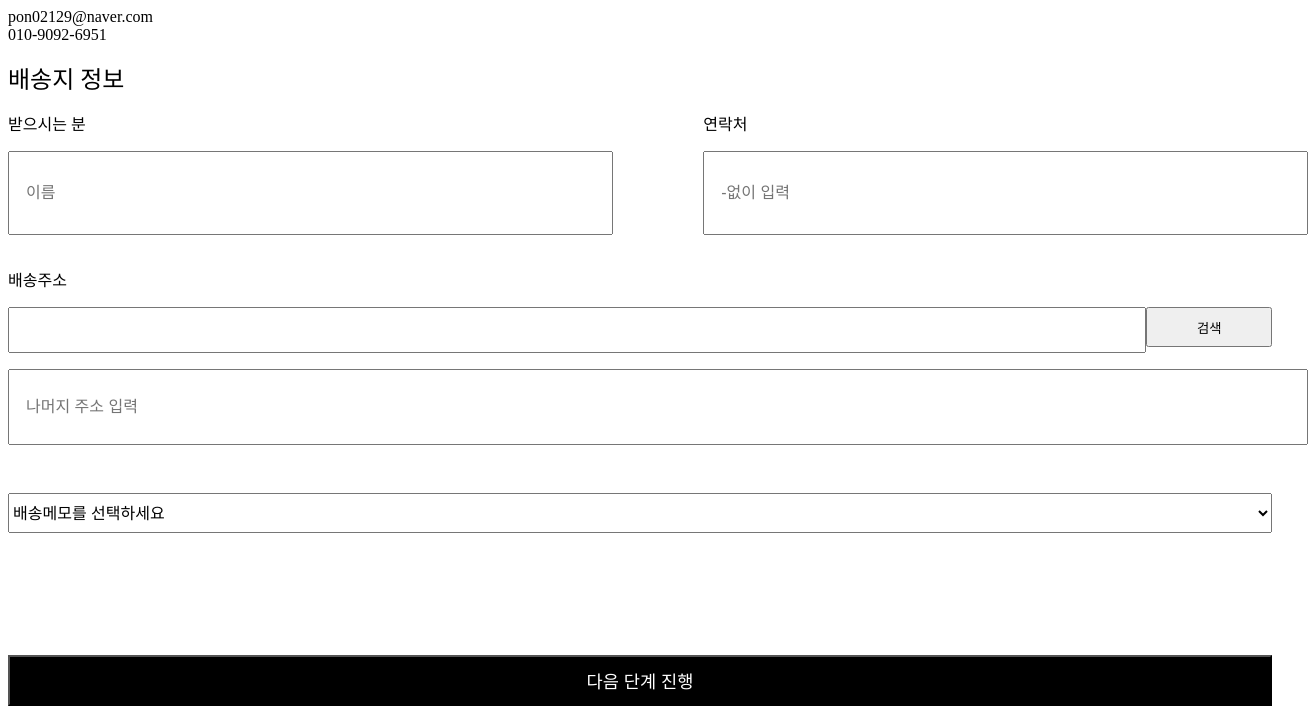
Repository: seungsu12/carrot
Page: http://localhost/carrot/orderform_second.jsp
An editor plug-in stored every save of this project. The page is shown before and after the next save, followed by the edit.
The browser window is 1280 px wide. The page is 1308 px wide, so the pictures cover 1308 px, including what lies to the right of the window. The pictures show the whole page.
The page is served by Tomcat 9.

Above is the page before, as saved 2021-10-07 10:37:58.

After the next save:
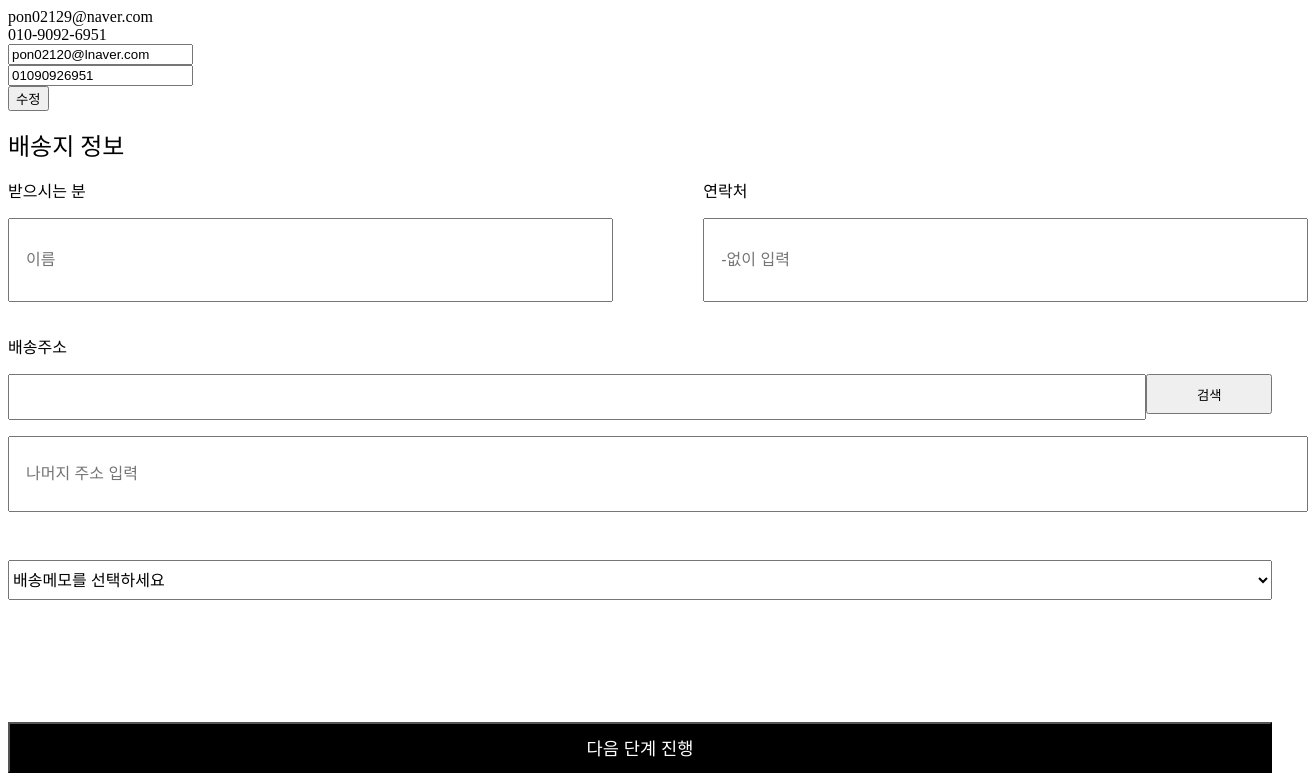
Saved 27 min 7 s later.
--- a/carrot/WebContent/orderform_second.jsp
+++ b/carrot/WebContent/orderform_second.jsp
@@ -87,11 +87,16 @@
 
 	<div class="order_form_second_wrapper">
 		<div class="order_member_info long">
-			<div>pon02129@naver.com</div>
-			<div>010-9092-6951</div>
-			<div><i class="fas fa-plus"></i></div>
+			<div class="order_member_email">pon02129@naver.com</div>
+			<div class="order_member_phone">010-9092-6951</div>
+			<div class="order_member_open_button"><i class="fas fa-plus"></i></div>
 		</div>
+		<div>
+			<div><input type="text" value="pon02120@lnaver.com"></div>
+			<div><input type="text" value="01090926951"></div>
+			<div><button>수정</button></div>
 
+		</div>
 		<div class="deliver_title">
 			배송지 정보
 		</div>
